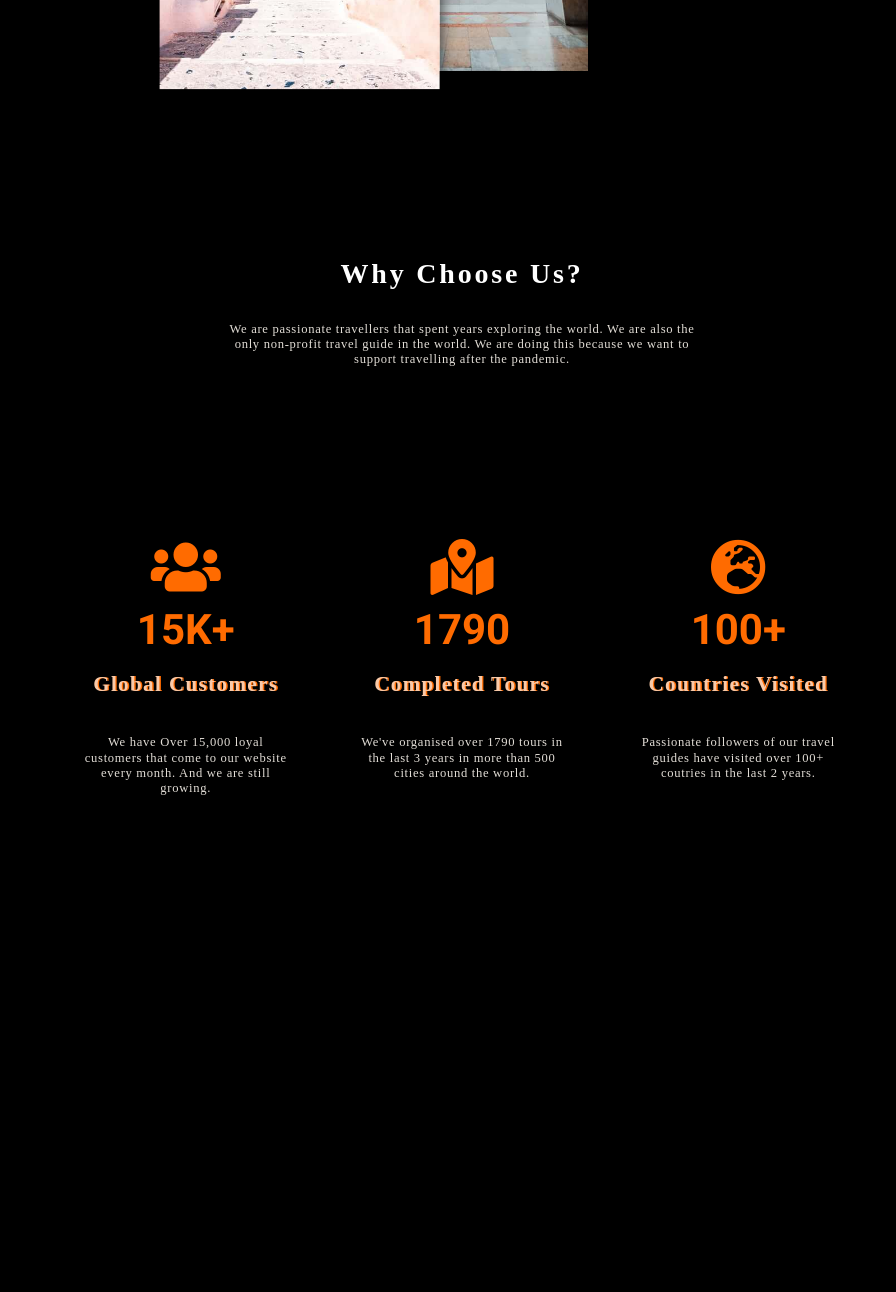
Repository: Hunga9k50doker/wildver-travel
Page: src/index.html
These files come from the project's save history. The page is drawn as it stood at one moment and after a run of saves; the edit follows.
The browser window is 1280 px wide. The pictures show the part of the page from y = 4266 to 6186 px (the page is 6112 px tall before and 6186 px after), at 70% of full size.
Some web fonts or font styles are not loaded; a fallback is used. The style sheet was rebuilt from its Sass, Less or Tailwind sources for each picture, by a compiler version that may differ from the author's.

Above is the page before, as saved 2021-08-27 21:30:34.

### src/index.html
<!DOCTYPE html>
<html lang="en">
<head>
    <meta charset="UTF-8">
    <meta http-equiv="X-UA-Compatible" content="IE=edge">
    <meta name="viewport" content="width=device-width, initial-scale=1.0">
    <link href="https://fonts.googleapis.com/css2?family=Hina+Mincho&family=Roboto:wght@400;700&display=swap" rel="stylesheet">
    <link rel="stylesheet" href="public/css/normalize.min.css">
    <link rel="stylesheet" href="public/css/grid.css">
    <link rel="stylesheet" href="public/css/base.css">
    <link rel="stylesheet" href="public/css/header.css">
    <link rel="stylesheet" href="public/css/container.css">
    <link rel="stylesheet" href="public/vendor/fontawesome-free-5.15.3-web/css/all.min.css">
    <title>Document</title>
</head>
<body>
    <div class="app">
        <section class="header">
            <section class="header_nav">
                <h1 class="header_nav-home">WildVers</h1>
                <div class="header_nav-body">
                    <a href="/" class="header_nav-body-item">Equipment</a>
                    <a href="/" class="header_nav-body-item">About us</a>
                    <a href="/" class="header_nav-body-item">Blog</a>
                    <button class="header_nav-body-res">Sign Up</button>
                </div>
            </section>
            <section class="header_contain">
                <div class="header_contain-follow">
                    <p>Follow us</p>
                   <a href="/">
                       <i class="fab fa-instagram"></i>
                   </a>
                   <a href="/">
                       <i class="fab fa-twitter-square"></i>
                   </a>
                </div>
                <div class="header_contain-content">
                    <h3 class="header_contain-content-title">A travel guide</h3>
                    <h2>Prepare For The</h2>
                    <h2> Adventure!</h2>
                    <button class="btn">Let's Go</button>
                </div>
            </section>
        </section>
        <section class="container">
            <section class="grid wide">
                <ul class="container_list">

                    <li class="container_list-item">
                        <section class="row ">
                            <section  class="col l-7">
                                <div class="container_list-item-number">01</div>
                                <div class="container_list-item-content">
                                        <h3>Get started</h3>
                                        <h4 class="container_list-item-content-title" >What type of traveller are you?</h4>
                                        <p>Determining what type of traveller you are can be an important tool
                                            when planning future vacations. This guide will help you plan
                                            vacations according to different ratings set by various websites. What
                                            type of traveller are you - novice, moderate, advanced moderate,
                                            expert, or expert backpacker?
                                        </p>
                                        <a href="/">
                                            Read more
                                            <i class="fas fa-long-arrow-alt-right"></i>
                                        </a>
                                </div>
                            </section>
                            <section class="col l-5">
                                <div class="container_list-item-img">
                                    <picture >
                                        <source srcset="public/img/m3.jpg"
                                                media="(min-width: 800px)">
                                        <img src="public/img/m1.jpg" alt="" />
                                    </picture>
                                </div>
                            </section>
                        </section>
                    </li>

                    <li class="container_list-item">
                        <section class="row ">
                            <section class="col l-5">
                                <div class="container_list-item-img">
                                    <picture >
                                        <source srcset="public/img/m4.jpg"
                                                media="(min-width: 800px)">
                                        <img src="public/img/m1.jpg" alt="" />
                                    </picture>
                                </div>
                            </section>
                            <section  class="col l-7">
                                <div class="container_list-item-number">02</div>
                                <div class="container_list-item-content">
                                        <h3>WHERE YOU GO IS THE KEY</h3>
                                        <h4 class="container_list-item-content-title">Picking the right Destination!</h4>
                                        <p>You've made the decision you want to travel more this year. You've
                                            realised experiences are more important than possessions and you've
                                            put together a plan to start saving for your next big trip.
                                            But how are you going to decide where to actually go? Whichever
                                            situation you're in, we have a tips to help you choose your travel
                                            destinations.
                                        </p>
                                        <a href="/">
                                            Read more
                                            <i class="fas fa-long-arrow-alt-right"></i>
                                        </a>
                                </div>
                            </section>
                        </section>
                    </li>

                    <li class="container_list-item">
                        <section class="row ">
                            <section  class="col l-7">
                                <div class="container_list-item-number">03</div>
                                <div class="container_list-item-content">
                                        <h3>KNOW THE COUNTRY</h3>
                                        <h4 class="container_list-item-content-title">Understand the Locals and their Traditions</h4>
                                        <p>Before you head out, do your research on the different customs (the
                                            do's and don'ts) of the country you're traveling to. For instance, what
                                            percentage do they typically tip? Are there different laws? Are there
                                            common tourist scanms? Will there be any cultural events while you're
                                            there? There are a lot of things you might not even think of, but it's
                                            simple enough to research "do's and don'ts" infographics on different
                                            countries for that information.
                                        </p>
                                        <a href="/">
                                            Read more
                                            <i class="fas fa-long-arrow-alt-right"></i>
                                        </a>
                                </div>
                            </section>
                            <section class="col l-5">
                                <div class="container_list-item-img">
                                    <picture >
                                        <source srcset="public/img/m5.jpg"
                                                media="(min-width: 800px)">
                                        <img src="public/img/m1.jpg" alt="" />
                                    </picture>
                                </div>
                            </section>
                        </section>
                    </li>

                    <li class="container_list-item">
                        <section class="row ">
                            <section  class="col l-6">
                                    <div class="container_list-item-content">
                                        <h4 class="container_list-item-content-title">Let's Explore The World</h4>
                                        <button class="btn btn-primary">Explore</button>
                                    </div>
                                </section>
                                <section class="col l-6">
                                        <p class="container_list-item-text">There's a whole wide world out there, and it contains so many
                                            unknowns - but we all only get one life. At WildVers, we believe that we
                                            should travel the world while we have the chance.
                                            If you're just starting to think about why you should travel, or you're
                                            looking for travel inspiration, then we're here to help. Here are some of
                                            the best countries you should definitely visit.
                                        </p>
                                </section>
                        </section>
                    </li>

                    <li class="container_list-item">
                        <section class="row ">
                                <section class="container_list-item-img container_list-item-img-slider">

                                       <picture class="container_list-item-img-slider-single">
                                           <source srcset="public/img/canada.jpg"
                                           media="(min-width: 800px)">
                                           <img src="public/img/m1.jpg" alt="" />
                                        </picture>

                                       <picture class="container_list-item-img-slider-single">
                                           <source srcset="public/img/china.jpg"
                                           media="(min-width: 800px)">
                                           <img src="public/img/m1.jpg" alt="" />
                                        </picture>

                                       <picture class="container_list-item-img-slider-single active">
                                           <source srcset="public/img/greece.jpg"
                                           media="(min-width: 800px)">
                                           <img src="public/img/m1.jpg" alt="" />
                                        </picture>

                                       <picture class="container_list-item-img-slider-single">
                                           <source srcset="public/img/italy.jpg"
                                           media="(min-width: 800px)">
                                           <img src="public/img/m1.jpg" alt="" />
                                        </picture>

                                       <picture class="container_list-item-img-slider-single">
                                           <source srcset="public/img/hanquoc.jpg"
                                           media="(min-width: 800px)">
                                           <img src="public/img/m1.jpg" alt="" />
                                        </picture>

                                        <picture class="container_list-item-img-slider-single">
                                            <source srcset="public/img/norway.jpg"
                                            media="(min-width: 800px)">
                                            <img src="public/img/m1.jpg" alt="" />
                                         </picture>

                                        <picture class="container_list-item-img-slider-single">
                                            <source srcset="public/img/soufthafica.jpg"
                                            media="(min-width: 800px)">
                                            <img src="public/img/m1.jpg" alt="" />
                                         </picture>

                                        <picture class="container_list-item-img-slider-single">
                                            <source srcset="public/img/thailand.jpg"
                                            media="(min-width: 800px)">
                                            <img src="public/img/m1.jpg" alt="" />
                                         </picture>

                            </section>
                        </section>
                    </li>

                    <li class="container_list-item">
                        <section class="row">
                            <section class="col l-12">
                                <div class="container_list-item-content container_list-item-content-reason">
                                    <h4 style="margin:0;max-width: 100%;" class="container_list-item-content-title">
                                        Why Choose Us?
                                    </h4>
                                    <p>
                                        We are passionate travellers that spent years exploring the world. We are also the only
                                        non-profit travel guide in the world. We are doing this because we want to support travelling
                                        after the pandemic.
                                    </p>
                                </div>
                            </section>

                        </section>
                    </li>

                    <li class="container_list-item">
                        <div class="row">
                          <div class="col l-4">
                              <div class="container_list-item-achievements">
                                  <i class="fas fa-users"></i>
                                  <h3>15K+</h3>
                                  <h4>Global Customers</h4>
                                  <p>We have Over 15,000 loyal customers
                                        that come to our website every month.
                                        And we are still growing.
                                  </p>
                              </div>
                          </div>
                          <div class="col l-4">
                            <div class="container_list-item-achievements">
                                <i class="fas fa-map-marked-alt"></i>
                                <h3>1790</h3>
                                <h4>Completed Tours</h4>
                                <p>We've organised over 1790 tours in the
                                    last 3 years in more than 500 cities
                                    around the world.
                                </p>
                            </div>
                        </div>
                        <div class="col l-4">
                            <div class="container_list-item-achievements">
                                <i class="fas fa-globe-europe"></i>
                                <h3>100+</h3>
                                <h4>Countries Visited</h4>
                                <p>Passionate followers of our travel guides
                                    have visited over 100+ coutries in the
                                    last 2 years.
                                </p>
                            </div>
                        </div>

                        </div>
                    </li>
                    <li class="container_list-item">
                        <div class="row">
                            <div class="container_list-item-visit-tours">
                                <h4>For Travel Experience Book Online Today
                                </h4>
                                <p>We offer over 700 different tours around the world. Just pick the place, time and
                                    the tour is yours. Nothing close to your city'? Than contact us so we can organise a
                                    tour in your neighbourhood.
                                </p>
                                btn.btn
                            </div>
                        </div>
                    </li>
                    <li class="container_list-item">
                        <div class="row"></div>
                    </li>
                </ul>
            </section>
        </section>
    </div>
</body>
</html>

### src/public/css/normalize.min.css
html{line-height:1.15;-webkit-text-size-adjust:100%}body{margin:0}main{display:block}h1{font-size:2em;margin:.67em 0}hr{box-sizing:content-box;height:0;overflow:visible}pre{font-family:monospace,monospace;font-size:1em}a{background-color:transparent}abbr[title]{border-bottom:none;text-decoration:underline;text-decoration:underline dotted}b,strong{font-weight:bolder}code,kbd,samp{font-family:monospace,monospace;font-size:1em}small{font-size:80%}sub,sup{font-size:75%;line-height:0;position:relative;vertical-align:baseline}sub{bottom:-.25em}sup{top:-.5em}img{border-style:none}button,input,optgroup,select,textarea{font-family:inherit;font-size:100%;line-height:1.15;margin:0}button,input{overflow:visible}button,select{text-transform:none}[type=button],[type=reset],[type=submit],button{-webkit-appearance:button}[type=button]::-moz-focus-inner,[type=reset]::-moz-focus-inner,[type=submit]::-moz-focus-inner,button::-moz-focus-inner{border-style:none;padding:0}[type=button]:-moz-focusring,[type=reset]:-moz-focusring,[type=submit]:-moz-focusring,button:-moz-focusring{outline:1px dotted ButtonText}fieldset{padding:.35em .75em .625em}legend{box-sizing:border-box;color:inherit;display:table;max-width:100%;padding:0;white-space:normal}progress{vertical-align:baseline}textarea{overflow:auto}[type=checkbox],[type=radio]{box-sizing:border-box;padding:0}[type=number]::-webkit-inner-spin-button,[type=number]::-webkit-outer-spin-button{height:auto}[type=search]{-webkit-appearance:textfield;outline-offset:-2px}[type=search]::-webkit-search-decoration{-webkit-appearance:none}::-webkit-file-upload-button{-webkit-appearance:button;font:inherit}details{display:block}summary{display:list-item}template{display:none}[hidden]{display:none}
/*# sourceMappingURL=normalize.min.css.map */

### src/resources/scss/base.scss
@import "variables";

*{
    font-size: 62.5%;
    box-sizing: inherit;
}
html{
    margin: 0;
    padding: 0;
    line-height: 1.6rem;
    box-sizing: border-box;
    font-family: 'Roboto', sans-serif;
}
h1,h2,h4,p{
    font-family: 'Hina Mincho', serif;
}

a{
    color: $white-color;
    text-decoration: none;
}

source,img{
    background-size: cover;
    width: 100%;
    height: 52rem;
}

.btn{
    padding:2rem 6rem;
    font-family: 'Besley', serif;
    font-weight: 500;
    font-size: 2rem;
    background: $orange-color;
    color:$white-color;
    border: none;
    border-radius: 2px;
    box-shadow: 0 4px 5px 1px rgba(0,0,0,0.5);
    cursor: pointer;
    transform:translateY(0) scale(1);
    transition: transform 0.3s;
    &:hover{
         box-shadow: 0 0  1px rgba(255,255,255,0.5);
         transform:translateY(4px) scale(0.9);
         transition: transform 0.3s;
    }
 }

 .btn-primary{
     margin-top: 5rem;
 }

### src/resources/scss/_variables.scss
$orange-color: #ff6b00;
$white-color: #fff;
$text-color: #e2ddd6;
$waxen-color: #f9caa9;
$black-color: #030101;

Loaded but not shown: src/public/vendor/fontawesome-free-5.15.3-web/css/all.min.css (library); src/public/css/grid.css (594 lines, source omitted); src/resources/scss/container.scss (206 lines, source omitted); src/resources/scss/header.scss (154 lines, source omitted)

After the next 4 saves:
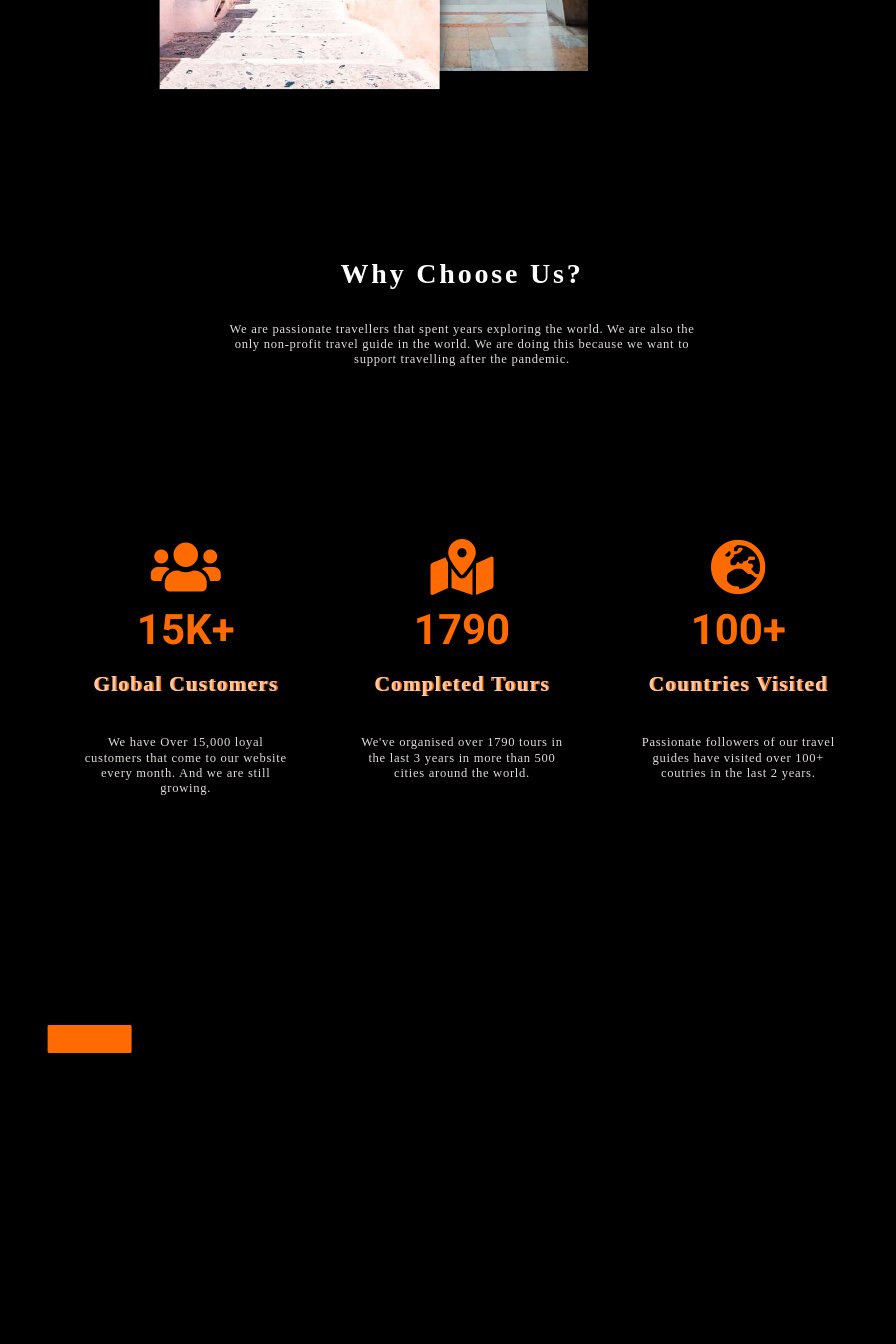
The 4 saves are shown as one change because they came seconds apart.
The last was saved 11 s later.
--- a/src/index.html
+++ b/src/index.html
@@ -284,7 +284,7 @@
                                     the tour is yours. Nothing close to your city'? Than contact us so we can organise a
                                     tour in your neighbourhood.
                                 </p>
-                                btn.btn
+                                <button class="btn btn-primary"></button>
                             </div>
                         </div>
                     </li>
